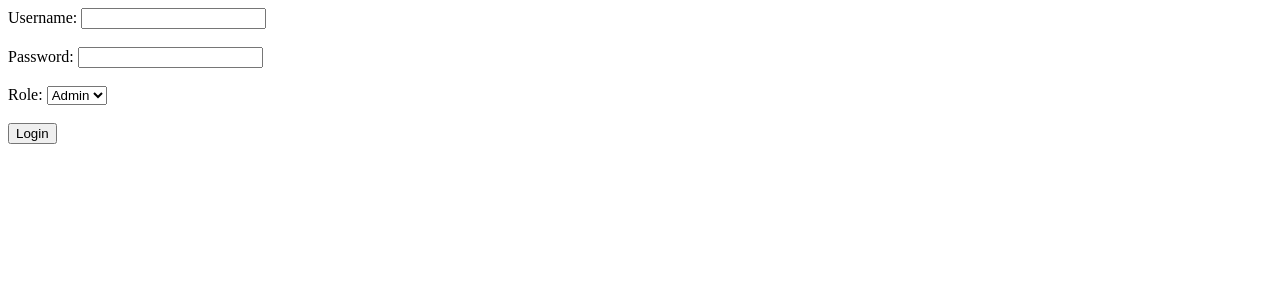
Repository: sowmini-nats/git-spring-project
Page: eclipse-workspace-servlet/ProjectJSP/src/main/webapp/Login.html
The author's editor kept a copy of each file at every save. The page is drawn from the files as they stood at one save, then again after the next save.
The browser window is 1280 px wide. The pictures show the whole page.

Above is the page before, as saved 2023-10-17 11:24:13.

### eclipse-workspace-servlet/ProjectJSP/src/main/webapp/Login.html
<!DOCTYPE html>
<html>
<head>
<meta charset="ISO-8859-1">
<title>Insert title here</title>
</head>
<body>
<form action="LoginValidate.jsp" method="post">
	Username: <input type="text" name="username"/><br/><br/>
	Password: <input type="password" name="password"/><br/><br/>
	Role: <select name="role">
		<option>Admin</option>
		<option>User</option>
	</select><br/><br/>
	<input type="submit" value="Login"/>
</form>
</body>
</html>

After the next save:
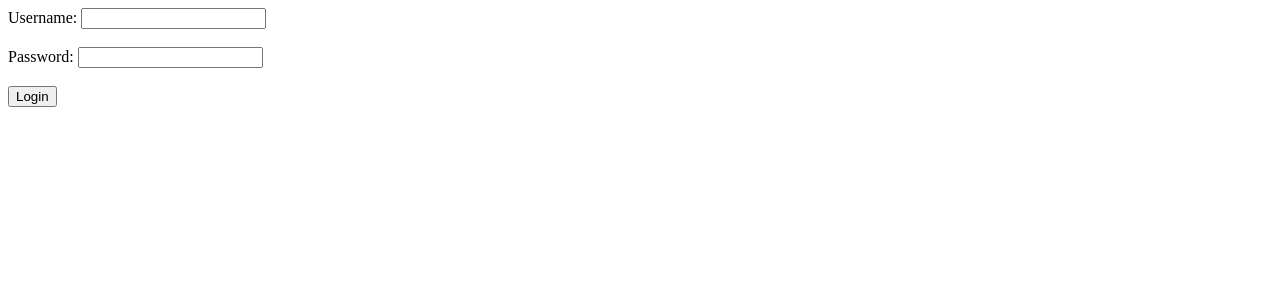
Saved 18 s later.
--- a/eclipse-workspace-servlet/ProjectJSP/src/main/webapp/Login.html
+++ b/eclipse-workspace-servlet/ProjectJSP/src/main/webapp/Login.html
@@ -8,10 +8,10 @@
 <form action="LoginValidate.jsp" method="post">
 	Username: <input type="text" name="username"/><br/><br/>
 	Password: <input type="password" name="password"/><br/><br/>
-	Role: <select name="role">
+	<!--Role: <select name="role">
 		<option>Admin</option>
 		<option>User</option>
-	</select><br/><br/>
+	</select><br/><br/>-->
 	<input type="submit" value="Login"/>
 </form>
 </body>
